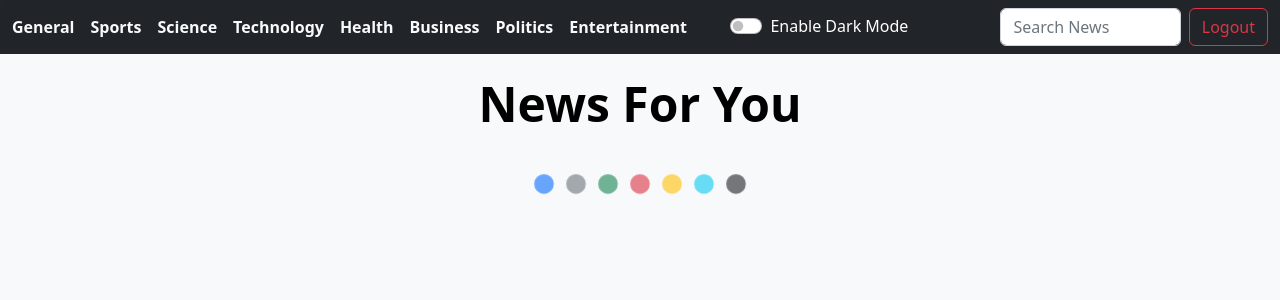
Repository: bhaveshdaipuria/newsapp
Page: /news/general
An editor plug-in stored every save of this project. The page is shown before and after the next save, followed by the edit.
The browser window is 1280 px wide. The pictures show the whole page.
The page's requests for data from a server got no answer. The project was rebuilt for these pictures with package versions that can differ from the ones it lists, and the page was loaded fresh each time. No one was signed in, and anything a server would have sent is missing. Also part of the build but not shown: src/components/NewsItem.jsx, src/components/Alert.jsx, src/components/Login.jsx, src/components/Register.jsx, src/Router/AuthRoute.jsx.

Above is the page before, as saved 2023-04-03 00:41:36.

### public/index.html
<!DOCTYPE html>
<html lang="en">
  <head>
    <meta charset="utf-8" />
    <link rel="icon" href="%PUBLIC_URL%/favicon.ico" />
    <meta name="viewport" content="width=device-width, initial-scale=1" />
    <meta name="theme-color" content="#000000" />
    <meta
      name="description"
      content="Web site created using create-react-app"
    />
    <link rel="apple-touch-icon" href="%PUBLIC_URL%/logo192.png" />
    <!--
      manifest.json provides metadata used when your web app is installed on a
      user's mobile device or desktop. See https://developers.google.com/web/fundamentals/web-app-manifest/
    -->
    <link rel="manifest" href="%PUBLIC_URL%/manifest.json" />
    <!--
      Notice the use of %PUBLIC_URL% in the tags above.
      It will be replaced with the URL of the `public` folder during the build.
      Only files inside the `public` folder can be referenced from the HTML.

      Unlike "/favicon.ico" or "favicon.ico", "%PUBLIC_URL%/favicon.ico" will
      work correctly both with client-side routing and a non-root public URL.
      Learn how to configure a non-root public URL by running `npm run build`.
    -->
    <title>Daily News</title>
  </head>
  <body>
    <noscript>You need to enable JavaScript to run this app.</noscript>
    <div id="root"></div>
    <!--
      This HTML file is a template.
      If you open it directly in the browser, you will see an empty page.

      You can add webfonts, meta tags, or analytics to this file.
      The build step will place the bundled scripts into the <body> tag.

      To begin the development, run `npm start` or `yarn start`.
      To create a production bundle, use `npm run build` or `yarn build`.
    -->
  </body>
</html>

### src/index.js
import React from 'react';
import ReactDOM from 'react-dom/client';
import './index.css';
import App from './App';
import reportWebVitals from './reportWebVitals';
import { Provider } from 'react-redux';
import { store }  from './reduxToolkit/Store';
import 'bootstrap/dist/css/bootstrap.min.css';
import 'bootstrap/dist/js/bootstrap.bundle.min';

const root = ReactDOM.createRoot(document.getElementById('root'));

root.render(
  <React.StrictMode>
    <Provider store={store}>
    <App />
    </Provider>
  </React.StrictMode>
);

// If you want to start measuring performance in your app, pass a function
// to log results (for example: reportWebVitals(console.log))
// or send to an analytics endpoint. Learn more: https://bit.ly/CRA-vitals
reportWebVitals();

### src/App.js
import React from "react";
import './App.css'

import {
  BrowserRouter,
  Routes,
  Route
} from "react-router-dom";
import AppRoute from "./Router/AppRoute";

function App(){

  return (
    <>
    <BrowserRouter>
    <Routes>
     <Route path='*' element={<AppRoute/>}></Route>
    </Routes>
    </BrowserRouter>
    </>
  );
}

export default App;

### src/reduxToolkit/Store.jsx
import { configureStore } from "@reduxjs/toolkit";
import signInReducer from './signInStatus';

export const store = configureStore({
    reducer: {
        signingIn: signInReducer
    }
})

### src/App.css
@import url('https://fonts.googleapis.com/css2?family=Secular+One&display=swap');
.active{
    pointer-events: none;
    background-color: #ffffff;
    color: black;
    border-radius: 8px;
    font-weight: bolder;
    text-decoration: none;
}

.loginForm, .registerForm{
    margin-left: 40%;
    margin-top: 10%;
    display: inline-block;
}

.appHeading{
    padding-left: 2rem;
    padding-top: 2rem;
    font-size: 2.6rem;
    color: rgb(0, 78, 150);
    font-weight: bold;
    font-family: 'Secular One', sans-serif;
}
.loginHead, .registerHead{
    margin-bottom: 3rem;
}
.signInHeading, .signUpHeading{
    font-size: 2rem;
    font-weight: bold;
    margin-bottom: 0.6rem;
}
.registerInputs, .loginInputs{
    border-style: solid;
    border-color: grey;
    border-width: 2px;
    margin-bottom: 2rem;
    text-align: center;
    border-radius: 9px;
    text-align: center;
    height: 2.6rem;
}
.registerInputs:focus, .loginInputs:focus{
    border-color: rgb(0, 64, 107);
    border-width: 0.1rem;
    border-style: solid;
}
.loginSpan, .registerSpan{
    margin-left: 1.2rem;
    margin-top: -2rem;
    width: 10rem;
    margin-bottom: 1.4rem;
    font-weight: bolder;
    font-size: small;
}
.loginSubmit, .registerSubmit{
    border-style: solid;
    border-width: 2px;
    border-color: rgb(2, 129, 203);
    width: 15rem;
    border-radius: 30px;
    text-align: center;
    background-color: black;
    color: whitesmoke;
    background-color: rgb(2, 129, 203);
    margin-left: 4.7rem;
    font-weight: bold;
    margin-bottom: 1.6rem;
    height: 2.6rem;
}
.loginSubmit:hover, .registerSubmit:hover{
    background-color: rgb(2, 51, 125);
    border-color: rgb(2, 51, 125);
}
.linkDiv_Login, .registerDiv_Login{
    margin-left: 3.6rem;
}
.linkRegister, .linkLogin{
    margin-left: 2.9rem;
    color: rgb(2, 129, 203);
    font-weight: bold;
}
.registerContainer, .loginContainer{
    padding-left: 5rem;
}
hr{
    margin-bottom: 2rem;
}

### src/Router/AppRoute.jsx
import React, {useState} from 'react'
import { Routes, Route } from 'react-router-dom';
import News from '../components/News';
import PropTypes from 'prop-types';
import AuthRoute from './AuthRoute';
import Login from '../components/Login';
import ModeSwitch from '../components/ModeSwitch';
import { useSelector } from 'react-redux';

function AppRoute() {

  const signInValue = useSelector((state)=> state.signingIn.value);

    News.defaultProps = {
        newsCountry: "in",
        newsCategory: "general",
        newsNumber: 12
      }

    News.propTypes = {
      newsNumber: PropTypes.number,
      newsCategory: PropTypes.string
    }

    const[modeTxt, setModeTxt] = useState('Enable Dark Mode');
    const[hColor, setHColor] = useState('text-black');
    const[badgeColor, setBadgeColor] = useState('bg-dark');
    const[bodyColor, setBodyColor] = useState('bg-light');
    const[mode, setMode] = useState('bg-light');

    const toggleMode = ()=>{
      if(mode === 'bg-light'){
        setMode('bg-dark');
        setModeTxt('Enable Light Mode');
        setHColor('text-white');
        setBadgeColor('bg-danger');
        setBodyColor('bg-dark');
      }else{
        setMode('bg-light');
        setModeTxt('Enable Dark Mode');
        setMode('bg-light');
        setHColor('text-black');
        setBadgeColor('bg-dark');
        setBodyColor('bg-light');
      }
    }



  return (
    <Routes>
    <Route exact path='*' element={<AuthRoute/>}/>
    <Route path='/' element={!signInValue === true?<Login/>:<News key='general' newsCategory='general' bodyColorProp={bodyColor} hColorProp={hColor} modeProp={mode} badgeColorProp={badgeColor} modeSwitchProp={<ModeSwitch toggleMode={toggleMode} modeTxt={modeTxt}/>}/>}/>
    <Route path='/news/general' element={<News key='general' newsCategory='general' bodyColorProp={bodyColor} hColorProp={hColor} modeProp={mode} badgeColorProp={badgeColor} modeSwitchProp={<ModeSwitch toggleMode={toggleMode} modeTxt={modeTxt}/>}/>}/>
    <Route path='/news/sports' element={<News key='sports' newsCategory='sports' bodyColorProp={bodyColor} hColorProp={hColor} modeProp={mode} badgeColorProp={badgeColor} modeSwitchProp={<ModeSwitch toggleMode={toggleMode} modeTxt={modeTxt}/>}/>}/>
    <Route path='/news/science' element={<News key='science' newsCategory='science' bodyColorProp={bodyColor} hColorProp={hColor} modeProp={mode} badgeColorProp={badgeColor} modeSwitchProp={<ModeSwitch toggleMode={toggleMode} modeTxt={modeTxt}/>}/>}/>
    <Route path='/news/technology' element={<News key='technology'newsCategory='technology' bodyColorProp={bodyColor} hColorProp={hColor} modeProp={mode} badgeColorProp={badgeColor} modeSwitchProp={<ModeSwitch toggleMode={toggleMode} modeTxt={modeTxt}/>}/>}/>
    <Route path='/news/health' element={<News key='health' newsCategory='health' bodyColorProp={bodyColor} hColorProp={hColor} modeProp={mode} badgeColorProp={badgeColor} modeSwitchProp={<ModeSwitch toggleMode={toggleMode} modeTxt={modeTxt}/>}/>}/>
    <Route path='/news/business' element={<News key='business' newsCategory='business' bodyColorProp={bodyColor} hColorProp={hColor} modeProp={mode} badgeColorProp={badgeColor} modeSwitchProp={<ModeSwitch toggleMode={toggleMode} modeTxt={modeTxt}/>}/>}/>
    <Route path='/news/politics' element={<News key='politics' newsCategory='politics' bodyColorProp={bodyColor} hColorProp={hColor} modeProp={mode} badgeColorProp={badgeColor} modeSwitchProp={<ModeSwitch toggleMode={toggleMode} modeTxt={modeTxt}/>}/>}/>
    <Route path='/news/entertainment' element={<News key='entertainment' newsCategory='entertainment' bodyColorProp={bodyColor} hColorProp={hColor} modeProp={mode} badgeColorProp={badgeColor} modeSwitchProp={<ModeSwitch toggleMode={toggleMode} modeTxt={modeTxt}/>}/>}/>
   </Routes>
  )
}

export default AppRoute

### src/reduxToolkit/signInStatus.jsx
import { createSlice } from "@reduxjs/toolkit";

const initialState = {
    value: null
}

export const isSignedIn = createSlice({
    name: 'signInReducer',
    initialState,
    reducers: {
        SIGN_IN: (state)=>{
            state.value = true;
        },
        SIGN_OUT: (state)=>{
            state.value = false;
        }
    }
})

export const {SIGN_IN, SIGN_OUT} = isSignedIn.actions;
export default isSignedIn.reducer;

### src/components/News.jsx
import React, {useEffect, useState} from "react";
import NewsItem from './NewsItem';
import Loading from "./Loading";
import { NavLink, Link } from "react-router-dom";
import InfiniteScroll from "react-infinite-scroll-component";
import LoadingBar from "react-top-loading-bar";
import { useDispatch } from "react-redux";
import { SIGN_OUT } from "../reduxToolkit/signInStatus";


function App({newsCountry, newsCategory, newsNumber, bodyColorProp, modeProp ,hColorProp ,badgeColorProp, modeSwitchProp}){

  const dispatch = useDispatch();

  const[data, setData] = useState([]);
  const[loading, setLoading] = useState(true)
  const[barPrg, setBarPrg] = useState(0);
  const[page, setPage] = useState(1);
  const[searchWord, setSearchWord] = useState();
  const[searching, setSearching] = useState(false);
  const[totalResults, setTotalResults] = useState(0);

  document.body.className = `${bodyColorProp}`;

 const capitalizeFirstLetter = (string) => {
    return string.charAt(0).toUpperCase() + string.slice(1);
}

  const apiKey = process.env.REACT_APP_API_KEY;

  const enteredTitle = (e)=>{
    setSearchWord(e.target.value.toLowerCase());
    setSearching(true);
  }

  const filteredData = data.filter((value)=>{
    if(searchWord === ''){
      return value;
    }else{
      return value.title.toLowerCase().includes(searchWord);
    }
  })

  document.title = `News - ${capitalizeFirstLetter(newsCategory)}`;

  const mainURL = `https://newsapi.org/v2/top-headlines?country=${newsCountry}&category=${newsCategory}&apiKey=${apiKey}&page=${page}&pageSize=${newsNumber}`;

  useEffect(()=>{
    setBarPrg(10);
    fetch(mainURL).then(data=>data.json())
    .then((response)=>{
       setData(response.articles);
       setTotalResults(response.totalResults)
       setLoading(false);
    })
    setBarPrg(100);
  }, []);

  const fetchMoreData = ()=>{
    const mainURL = `https://newsapi.org/v2/top-headlines?country=${newsCountry}&category=${newsCategory}&apiKey=${apiKey}&page=${page+1}&pageSize=${newsNumber}`;
    fetch(mainURL).then((data)=>{setPage(page+1); return data.json()})
    .then((response)=>{
       setData(data.concat(response.articles));
       setTotalResults(response.totalResults);
    })
  }

  return(
    <div className={`${modeProp}`}>
    <div>
      <LoadingBar
        color='#f11946'
        progress={barPrg}
        height={2}
        onLoaderFinished={() => setBarPrg(0)}
      />
    </div>
    <nav className="fixed-top navbar navbar-expand navbar-dark bg-dark">
    <div className="container-fluid">
    <div className="navbar-collapse" id="navbarNavAltMarkup">
    <div  className="navbar-nav gap-x-4">
      <NavLink to ="/news/general/" className="text-slate-50 no-underline font-bold">General</NavLink>
      <NavLink to ="/news/sports" className="text-slate-50 no-underline font-bold">Sports</NavLink>
      <NavLink to ="/news/science" className="text-slate-50 no-underline font-bold">Science</NavLink>
      <NavLink to ="/news/technology" className="text-slate-50 no-underline font-bold">Technology</NavLink>
      <NavLink to ="/news/health" className="text-slate-50 no-underline font-bold">Health</NavLink>
      <NavLink to ="/news/business" className="text-slate-50 no-underline font-bold">Business</NavLink>
      <NavLink to ="/news/politics" className="text-slate-50 no-underline font-bold">Politics</NavLink>
      <NavLink to ="/news/entertainment" className="text-slate-50 no-underline font-bold">Entertainment</NavLink>
    </div>
    </div>
    {modeSwitchProp}
    </div>
    <form className = "d-flex mr-3" role="search">
        <input className="form-control me-2" type="search" placeholder="Search News" aria-label="Search" onChange={enteredTitle}/>
        <Link to ='/signin'><button className="btn btn-outline-danger" type="submit" onClick={()=>dispatch(SIGN_OUT())}>Logout</button></Link>
      </form>
    </nav>
    <h1 className={`text-center text-5xl mt-20 ${hColorProp}`}><b>News For You</b></h1>
    {loading && <div className="flex justify-center mt-10"><Loading></Loading></div>}
    <InfiniteScroll
          dataLength={data.length}
          next={fetchMoreData}
          hasMore={data.length !== totalResults}
          loader={<div className="flex justify-center mb-3"><Loading></Loading></div>}
    >
    <div className="container my-3 mt-5">
      <div className="row gap-x-14 gap-y-4 justify-center">
      {!searching && data.map((element, index)=>(
       <NewsItem key={index} badgeColor={badgeColorProp} newsSource={element.source.name} newsDescription={element.description} newsTitle={element.title} imageURL={element.urlToImage} newsURL={element.url}/>))}
      {(searching) && filteredData.map((element, index)=>(
        <NewsItem key={index} badgeColor={badgeColorProp} newsSource={element.source.name} newsDescription={element.description} newsTitle={element.title} imageURL={element.urlToImage} newsURL={element.url}/>))
        }
    </div>
    </div>
    </InfiniteScroll>
    </div>
  );
}

export default App;

### src/components/ModeSwitch.jsx
import React from 'react'

function ModeSwitch({toggleMode, modeTxt}) {
  return (
    <div className="form-check form-switch mr-20">
    <input className="form-check-input" type="checkbox" role="switch" id="flexSwitchCheckChecked" value="1" onClick={toggleMode}/>
    <label className="form-check-label text-white" htmlFor="flexSwitchCheckChecked">{modeTxt}</label>
    </div>
  )
}

export default ModeSwitch;

### src/components/Loading.jsx
import React from "react";

function Loading() {
  return (
    <>
      <div className="spinner-grow text-primary" role="status">
        <span className="visually-hidden">Loading...</span>
      </div>
      <div className="spinner-grow text-secondary" role="status">
        <span className="visually-hidden">Loading...</span>
      </div>
      <div className="spinner-grow text-success" role="status">
        <span className="visually-hidden">Loading...</span>
      </div>
      <div className="spinner-grow text-danger" role="status">
        <span className="visually-hidden">Loading...</span>
      </div>
      <div className="spinner-grow text-warning" role="status">
        <span className="visually-hidden">Loading...</span>
      </div>
      <div className="spinner-grow text-info" role="status">
        <span className="visually-hidden">Loading...</span>
      </div>
      <div className="spinner-grow text-dark" role="status">
        <span className="visually-hidden">Loading...</span>
      </div>
    </>
  );
}

export default Loading;

Loaded but not shown: src/index.css (common file); src/reportWebVitals.js (common file); tailwind.config.js (common file)

After the next save:
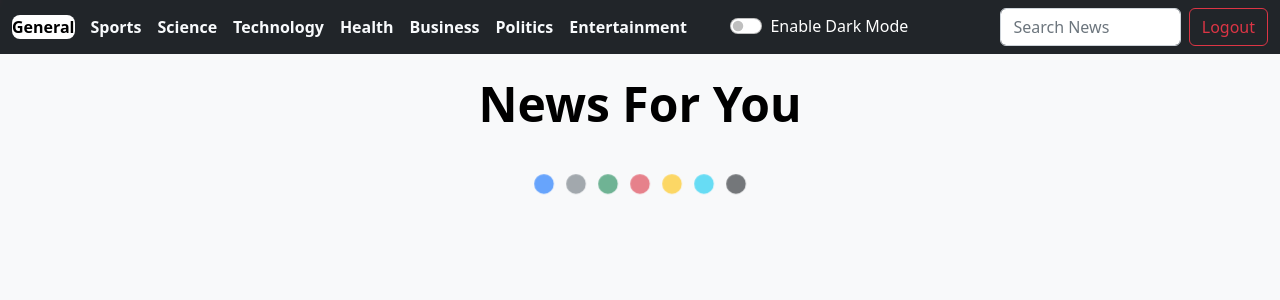
Saved 45 s later.
--- a/src/components/News.jsx
+++ b/src/components/News.jsx
@@ -79,7 +79,7 @@ function App({newsCountry, newsCategory, newsNumber, bodyColorProp, modeProp ,hC
     <div className="container-fluid">
     <div className="navbar-collapse" id="navbarNavAltMarkup">
     <div  className="navbar-nav gap-x-4">
-      <NavLink to ="/news/general/" className="text-slate-50 no-underline font-bold">General</NavLink>
+      <NavLink to ="/news/general" className="text-slate-50 no-underline font-bold">General</NavLink>
       <NavLink to ="/news/sports" className="text-slate-50 no-underline font-bold">Sports</NavLink>
       <NavLink to ="/news/science" className="text-slate-50 no-underline font-bold">Science</NavLink>
       <NavLink to ="/news/technology" className="text-slate-50 no-underline font-bold">Technology</NavLink>
